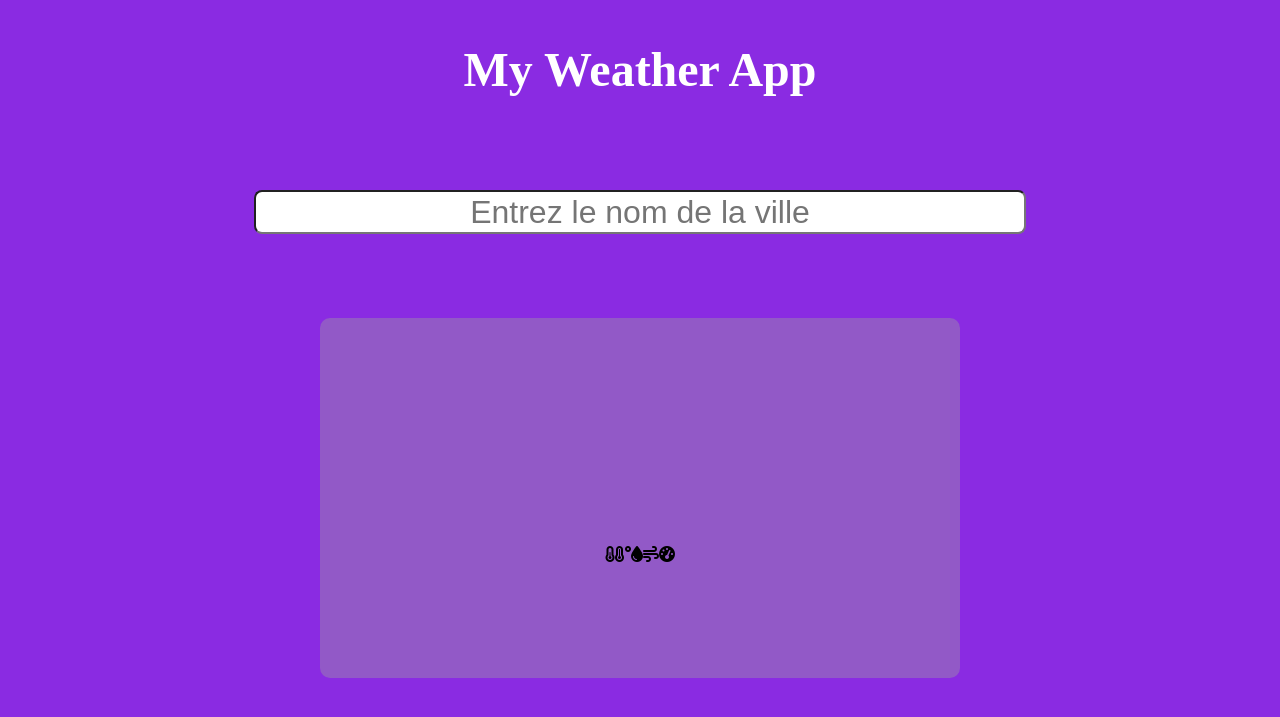
Repository: JeffnyAugustin/MyWeatherApp
Page: index.html
These files come from the project's save history. The page is drawn as it stood at one moment and after a run of saves; the edit follows.
The browser window is 1280 px wide. The pictures show the whole page.

Above is the page before, as saved 2023-11-14 18:33:07.

### index.html
<!DOCTYPE html>
<html lang="fr">

<head>
    <meta charset="UTF-8">
    <meta http-equiv="X-UA-Compatible" content="IE=edge">
    <meta name="viewport" content="width=device-width, initial-scale=1.0">
    <link rel="stylesheet" href="https://cdnjs.cloudflare.com/ajax/libs/font-awesome/6.4.0/css/all.min.css"
        integrity="sha512-iecdLmaskl7CVkqkXNQ/ZH/XLlvWZOJyj7Yy7tcenmpD1ypASozpmT/E0iPtmFIB46ZmdtAc9eNBvH0H/ZpiBw=="
        crossorigin="anonymous" referrerpolicy="no-referrer" />

    <link rel="stylesheet" href="/css/style.css">
    <title>My Weather App</title>
</head>

<body>



    <div id="container">

    </div>

    <script src="/js/script.js"></script>
</body>

</html>

### css/style.css
* {
    padding : 0;
    margin: 0;
}

body {
display: flex;
justify-content: center;
}

#container {
    background-color: blueviolet;
    height: 100vh;
    width: 100vw;
    display: flex;
    flex-direction: column;
    align-items: center;
    justify-content: space-around;

}

#searchBox {
    text-align: center;
    width: 60%;
    height: 40px;
    border-radius: 8px;
    margin-top: 10px;
    font-size: 2rem;
}


#allTogether {
    width: 50VW;
    height: 50VH;
    display: flex;
    flex-direction: column;
    justify-content: space-evenly;
    align-items: center;
    background-color: rgb(158 158 158 / 40%);
    border-radius: 10px;
}

div#meteoElement {
    display: flex;
    flex-direction: row;
    justify-content: space-around;
    flex-wrap: wrap;
}

div#cityElement {
    display: flex;
    flex-direction: row;
    gap: 10px;
    justify-content: center;
}

p {
    font-size: 2rem;
    color: white;
}

p.cityName {
    text-align: center;
}


h1 {
    font-size: 3em; /* Adjust the font size as needed */
    text-align: center;
    color: #ffffff; /* Set your desired text color */

}

### js/script.js
// Clé D'api
const API_KEY = "b476218e49ef0d0755a713e9ba77f79a";
// Lien vers L'api finissant par une recherche
const API_URL = `https://api.openweathermap.org/data/2.5/forecast?appid=${API_KEY}&units=metric&lang=fr&q=`;


const divContain = document.getElementById("container");
divContain.id = "container";

// Création H1
const heading = document.createElement('h1');

// Set the text content of the h1 element
heading.textContent = 'My Weather App';



// Création barre de recherche
const inputSearch = document.createElement("input");
inputSearch.id = "searchBox";
inputSearch.type = "text";
inputSearch.placeholder = "Entrez le nom de la ville"; // Ajout du placeholder

// Création de div
const newDiv = document.createElement("div");
newDiv.id = "allTogether";

const infoCityDiv = document.createElement("div");
infoCityDiv.id = "cityDescription";


// Création de div oiuyr stocker img + description
const cityImgDiv = document.createElement("div");
cityImgDiv.id = "cityElement";

// Création de div pour afficher les informations météorologiques
const weather = document.createElement("div");
weather.id = "meteoElement";

// Création balise paragraphe pour collecter le nom de la ville
const cityName = document.createElement("p");
cityName.className = "cityName";

// Création de div pour afficher la température
const temperatureDiv = document.createElement("div");
temperatureDiv.className = "temperature-container";

// Création balise paragraphe
const temperature = document.createElement("p");
temperature.className = "temps";

// Création de div pour afficher le temps ressenti
const feelsLikeDiv = document.createElement("div");
feelsLikeDiv.className = "feels-like-container";

// Création balise paragraphe pour la sensation thermique
const feelsLike = document.createElement("p");
feelsLike.className = "feels-like";

// Création de div pour afficher l'humidité
const humidityDiv = document.createElement("div");
humidityDiv.className = "humidity-container";

// Création de balise paragraphe pour l'humidité
const humidity = document.createElement("p");
humidity.className = "humidity";

// Création de div pour afficher le vent
const windDiv = document.createElement("div");
windDiv.className = "wind-container";

// Création de balise wind
const DataWind = document.createElement("p");
DataWind.className = "wind";



// Création de div pour l'humidité
const pressureDiv = document.createElement("div");
pressureDiv.className = "pressure-container";

// Création de balise paragraphe pour la pression atmosphérique
const pressure = document.createElement("p");
pressure.className = "pressure";

// Création de div pour afficher la description
const descriptionDiv = document.createElement("div");
descriptionDiv.className = "description-container";

// Création de balise paragraphe pour la description
const description = document.createElement("p");
description.className = "description";



// Création balise image
const image = document.createElement("img");

// Création balise icône pour la température
const temperatureIcon = document.createElement("i");
temperatureIcon.className = "fas fa-thermometer-half";

// Création balise icône pour la sensation thermique
const feelsLikeIcon = document.createElement("i");
feelsLikeIcon.className = "fas fa-temperature-high";

// Création balise icône pour l'humidité
const humidityIcon = document.createElement("i");
humidityIcon.className = "fas fa-tint";

// Création balise icône pour le vent
const windIcon = document.createElement("i");
windIcon.className = "fas fa-wind";

// Création balise icône pour la pression
const pressureIcon = document.createElement("i");
pressureIcon.className = "fas fa-tachometer-alt";



temperatureDiv.append(temperatureIcon, temperature); // ajout de l'icône

feelsLikeDiv.append(feelsLikeIcon, feelsLike); // ajout de l'icône

humidityDiv.append(humidityIcon, humidity); // ajout de l'icône

windDiv.append(windIcon, DataWind); // ajout de l'icône

pressureDiv.append(pressureIcon, pressure)

descriptionDiv.appendChild( description); // ajout de l'icône




// Function to format the date and time
function formatDateTime() {
    const currentDate = new Date();
    const options = { weekday: 'long', year: 'numeric', month: 'long', day: 'numeric', hour: 'numeric', minute: 'numeric', second: 'numeric'};
    return currentDate.toLocaleDateString('fr-FR', options);
}

// Create a div to display the date and time
    const dateTimeDiv = document.createElement("div");
    dateTimeDiv.id = "dateTime";
    infoCityDiv.appendChild(dateTimeDiv);

function checkWeather(city) {
    fetch(API_URL + city)
        .then(res => {
            if (!res.ok) {
                throw new Error("La ville n'a pas été trouvée");
            }
            return res.json();
        })
        .then(data => {
            cityName.textContent = data.city.name;
            image.src = `http://openweathermap.org/img/w/${data.list[0].weather[0].icon}.png`;

            description.textContent = data.list[0].weather[0].description;
            temperature.innerHTML = ` Température :  ${Math.round(data.list[0].main.temp)}°C `;
            feelsLike.textContent = "Temps Ressenti : " + Math.round(data.list[0].main.feels_like) + "°C";
            humidity.textContent = "humidityIcon : " + data.list[0].main.humidity + "%";
            DataWind.textContent = "Vitesse du vent : " + Math.floor(data.list[0].wind.speed) + " Km/h";
            pressure.textContent = "Pression : " + data.list[0].main.pressure + " hPa";

               // Display the date and time
               dateTimeDiv.textContent = "Date du jour : " + formatDateTime();

        })
        .catch(error => {
            console.error("Erreur de requête :", error.message);
            // Ajoutez ici un traitement pour informer l'utilisateur de l'erreur
        });
}

inputSearch.addEventListener("change", () => {
    checkWeather(inputSearch.value);
});


weather.append(temperatureDiv, feelsLikeDiv, humidityDiv, windDiv, pressureDiv); // ajout des éléments Weather
newDiv.append(infoCityDiv, weather); // ajout du conteneur Weather à newDiv
infoCityDiv.append(cityName, cityImgDiv)
cityImgDiv.append(image, descriptionDiv)
divContain.append(heading, inputSearch, newDiv); // ajout de tous les éléments à divContain
document.body.appendChild(divContain);



// Mise à jour des informations météorologiques toutes les 5 minutes
setInterval(function () {
    // Ici, mettre à jour les informations de la météo à l'aide de l'API ou d'autres sources
    // Vous pouvez appeler la fonction checkWeather avec la dernière ville recherchée
    checkWeather(inputSearch.value);
}, 5 * 60 * 1000);

After the next 2 saves:
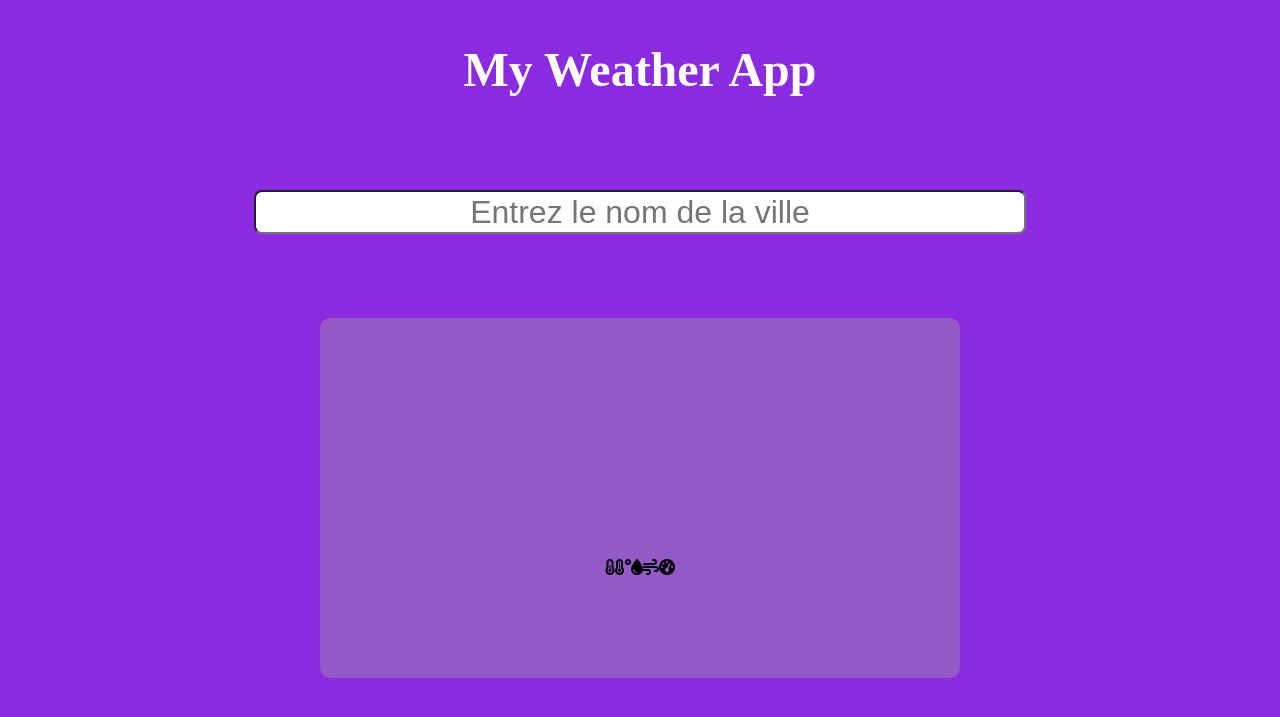
The 2 saves are shown as one change because they came seconds apart.
The last was saved 94 s later.
--- a/css/style.css
+++ b/css/style.css
@@ -70,3 +70,11 @@ h1 {
     color: #ffffff; /* Set your desired text color */
 
 }
+
+div#cityDescription {
+    display: flex;
+    flex-direction: column;
+    /* justify-content: space-evenly; */
+    /* align-content: space-around; */
+    gap: 20PX;
+}

After the 2 saves that followed:
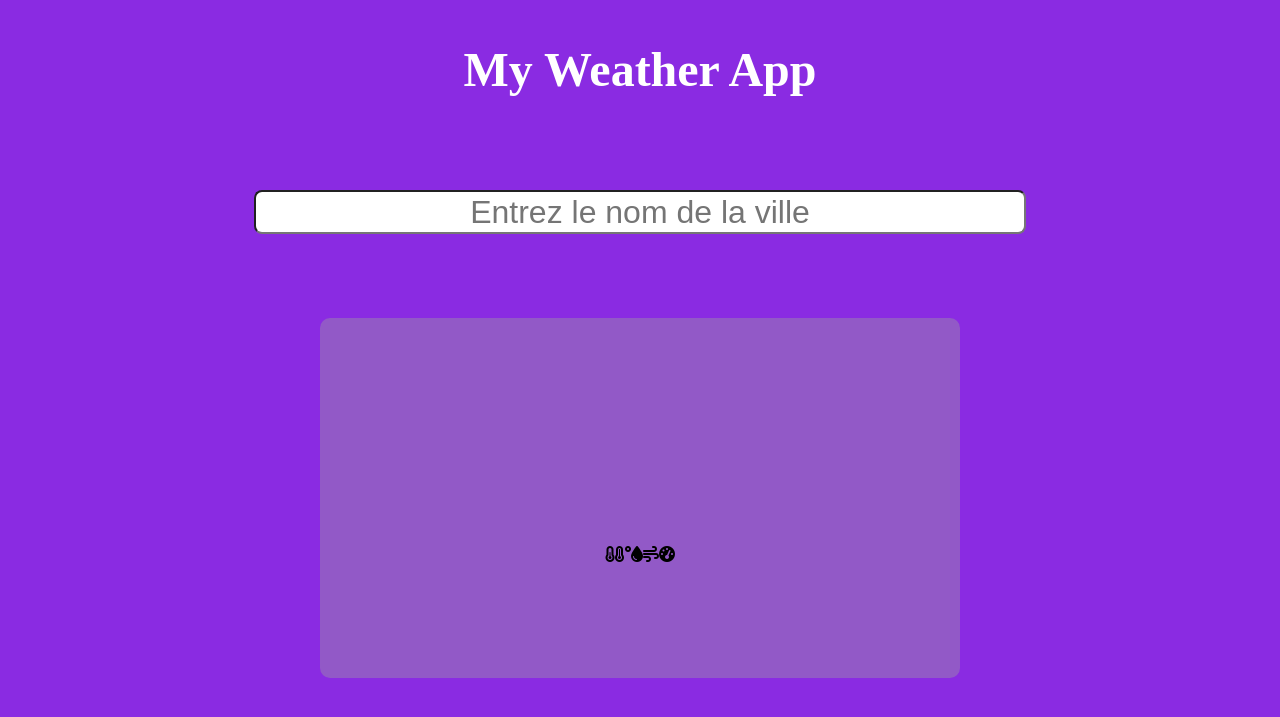
The 2 saves are shown as one change because they came seconds apart.
The last was saved 7 s later.
--- a/css/style.css
+++ b/css/style.css
@@ -70,11 +70,3 @@ h1 {
     color: #ffffff; /* Set your desired text color */
 
 }
-
-div#cityDescription {
-    display: flex;
-    flex-direction: column;
-    /* justify-content: space-evenly; */
-    /* align-content: space-around; */
-    gap: 20PX;
-}
